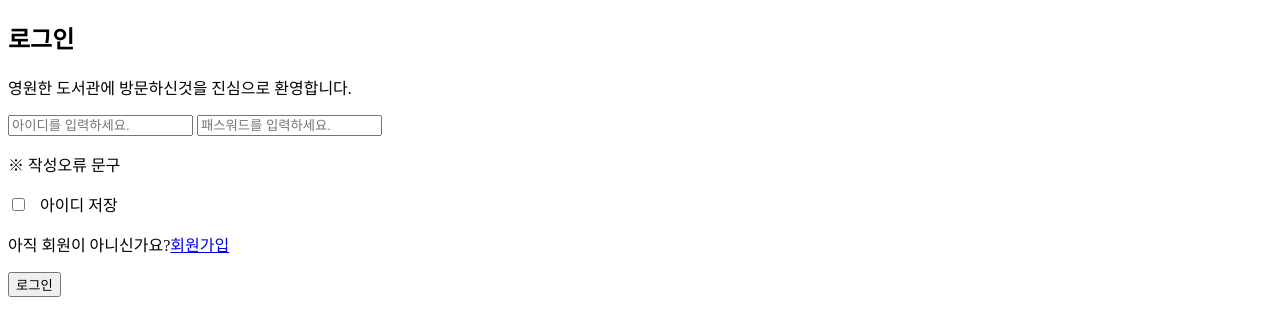
Repository: PacJ/spring_project
Page: http://localhost/spring_project/WEB-INF/views/user/login.jsp
An editor plug-in stored every save of this project. The page is shown before and after a run of saves, followed by the edit.
The browser window is 1280 px wide. The pictures show the whole page.
The page is served by Tomcat 9. Nobody is signed in. Other server files are loaded and not shown. The template is opened directly, without the code that normally fills it, so the values that code supplies are empty.

Above is the page before, as saved 2023-03-07 04:27:50.

### spring_project/src/main/webapp/WEB-INF/views/user/login.jsp
<%@ page language="java" contentType="text/html; charset=UTF-8"
    pageEncoding="UTF-8"%>
<%@ taglib prefix="c" uri="http://java.sun.com/jsp/jstl/core"%>
<!DOCTYPE html>
<head>

</head>

   <!-- login -->
        <section class="sign_area">
            <article class="inner">
                <h2>로그인</h2>
                <p>영원한 도서관에 방문하신것을 진심으로 환영합니다.</p>
                <form class="login_form" action="login.do" method="post">
                    <input type="text" name="userId" placeholder="아이디를 입력하세요." />
                    <input type="password" name="userPw" placeholder="패스워드를 입력하세요." />
                    <p class="on">※ 작성오류 문구</p>
                    <div>
                        <input type="checkbox" id="save_id" value="">
                        <label for="save_id">&nbsp;&nbsp;아이디 저장</label>
                        <p>아직 회원이 아니신가요?<a href="#">회원가입</a></p>
                    </div>
                    <button type="submit">로그인</button>
                </form>
            </article>
        </section>

After the next 2 saves:
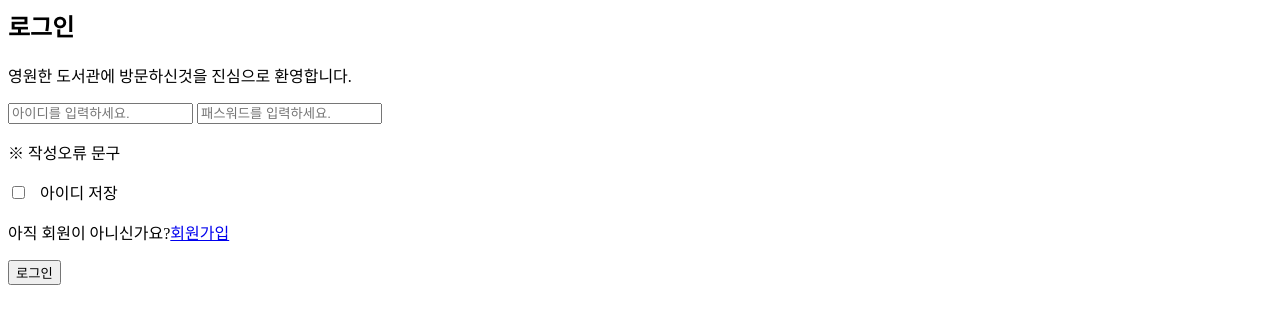
The 2 saves are shown as one change because they came seconds apart.
The last was saved 11 s later.
--- a/spring_project/src/main/webapp/WEB-INF/views/user/login.jsp
+++ b/spring_project/src/main/webapp/WEB-INF/views/user/login.jsp
@@ -1,10 +1,6 @@
 <%@ page language="java" contentType="text/html; charset=UTF-8"
     pageEncoding="UTF-8"%>
 <%@ taglib prefix="c" uri="http://java.sun.com/jsp/jstl/core"%>
-<!DOCTYPE html>
-<head>
-
-</head>
 
    <!-- login -->
         <section class="sign_area">
